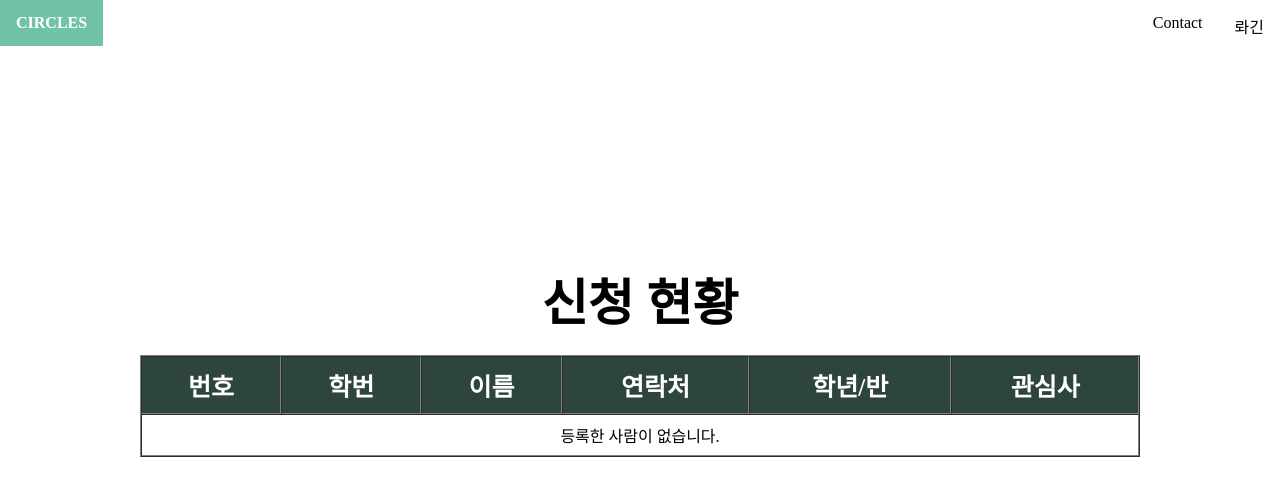
Repository: charmingjae/circles
Page: http://localhost/circles/root/admPg.jsp
The author's editor kept a copy of each file at every save. The page is drawn from the files as they stood at one save, then again after the next save.
The browser window is 1280 px wide. The pictures show the whole page.
The page is served by Tomcat 9. Queries for data that is not in the repository find no rows.

Above is the page before, as saved 2020-07-13 07:57:14.

### circles/WebContent/root/admPg.jsp
<%@ page language="java" contentType="text/html; charset=UTF-8"
    pageEncoding="UTF-8"%>
<%@ page import="connection.dbConnection" %>
<!DOCTYPE html>
<html>
<head>
	<meta charset="UTF-8">
	<title>MOJUK</title>

	<!-- Link admPg.css -->
	<link href="../css/admPg.css" rel="stylesheet" type="text/css">

</head>
<body>
	<!-- include header -->
	<%@include file ="../navbar/navbar.jsp" %>

	<%
		int total = 0;
		dbConnection dbCon = new dbConnection();
		String cnt = "SELECT COUNT(*) FROM newb";
		String sql = "SELECT * FROM newb order by _id desc";
		dbCon.select(cnt);
		while(dbCon.rs.next())
		{
			total = Integer.parseInt(dbCon.rs.getString(1));
		}
		dbCon.select(sql);
	%>
	<!--
	2020. 07. 08.
	writer : minjae

	2020. 07. 09.
	memo : form tag 추가
	writer : minjae
	-->
	<div class="container">
		<span> 신청 현황 </span>
		<div class="main">
			<table border="1">
				<tr>
					<th>번호</th>
					<th>학번</th>
					<th>이름</th>
					<th>연락처</th>
					<th>학년/반</th>
					<th>관심사</th>
				</tr>
				<%
				if(total == 0){
				%>
					<tr>
						<td colspan="6">등록한 사람이 없습니다.</td>
					</tr>
				<%
				}
				else{

					while(dbCon.rs.next()){
					%>
					<tr>
						<td><%=dbCon.rs.getString("_id") %></td>
						<td><%=dbCon.rs.getString("stuNo") %></td>
						<td><%=dbCon.rs.getString("stuName") %></td>
						<td><%=dbCon.rs.getString("stuPhone") %></td>
						<td><%=dbCon.rs.getString("stuGrade") %> - <%=dbCon.rs.getString("stuClass") %></td>
						<td><%=dbCon.rs.getString("stuInterest") %></td>
					</tr>
					<%
					}
				}
				%>
			</table>

		</div>
	</div>
</body>
</html>

### circles/WebContent/navbar/navbar.jsp
<%@ page language="java" contentType="text/html; charset=UTF-8"
    pageEncoding="UTF-8"%>
<!DOCTYPE html>
<html>
<head>
<meta charset="UTF-8">
<title></title>

	<!-- Link navbar.css -->
	<link href="../css/navbar.css" rel="stylesheet" type="text/css">
</head>
	<%
		String getSession = (String)session.getAttribute("userID");
	%>
<body>
	<ul id="main-menu">
		<li class="headName" id="main-menu1"><a href="../root/index.jsp" class="headName">CIRCLES</a></li>
		<%
			if((getSession != null) && (getSession.isEmpty() == false)){
				%>
				<li style="float:right" id="main-menu2"><a class="active" href="admPg.jsp"><%=getSession %>님 환영합니다.</a>
					<ul id="sub-menu">
						<li><a class="subAct" href="../proc/logout.jsp">로그아웃</a></li>
					</ul>
				</li>
				<%
			}
			else{
				%>
				<li style="float:right"><a class="active" href="login.jsp">롸긴</a></li>
				<%
			}
		%>
		<li style="float:right"><a class="active" href="contact.jsp">Contact</a></li>
	</ul>
</body>
</html>

### circles/src/connection/dbConnection.java
package connection;



public class dbConnection {

	public java.sql.Connection conn;
	public java.sql.PreparedStatement pstmt;
	public java.sql.Statement stmt;
	public java.sql.ResultSet rs;

	/* 생성자 */
	public dbConnection(){
		connect();
	}

	public void connect() {
		String dbInfo = "jdbc:mysql://13.209.103.253:3306/entMojuk?characterEncoding=UTF-8&serverTimezone=UTC";
		String dbID = "gomojuk";
		String dbPW = "Jumpman23!";

		try {
			Class.forName("com.mysql.jdbc.Driver");
			this.conn = java.sql.DriverManager.getConnection(dbInfo, dbID, dbPW);
			this.stmt = this.conn.createStatement();
		}
		catch(Exception e)
		{
			System.out.println("Connection error: " + e);
		}
	}

	/* Insert Method */
	public void insert(String dbInsert) {
		try {
			this.stmt.executeUpdate(dbInsert);
		}
		catch(Exception e)
		{
			e.printStackTrace();
		}
	}


	/* Update Method */
	public void update(String dbCommand) {
		try {
			this.stmt.executeUpdate(dbCommand);
			System.out.println("Insert 성공!");
		}
		catch(Exception e)
		{
			System.out.println("Update error: " + e);
		}
	}

	/* Select Method */
	public void select(String dbSelect) {
		try {
			this.rs = this.stmt.executeQuery(dbSelect);
		}
		catch(Exception e)
		{
			System.out.println("Select error: " + e);
		}
	}

	/* close conn */
	public void close() {
		try {
			conn.close();
		}
		catch(Exception e){
			System.out.println("Close error: " + e);
		}
	}

}

### circles/WebContent/css/admPg.css
@charset "UTF-8";


/* Chrome, iex, fire-fox Settings */
input:-ms-input-placeholder {color:#a8a8a8;}
input::-webkit-input-placeholder{color:#a8a8a8;}
input::-moz-placeholder{columns: #a8a8a8;}

/* Head Comment */
/* 나중에 px단위를 가변 단위로 바꿀 수 있으면 좋겠다. :-) */

html,body{
	height: 100%;
}

body{
	display:table-cell;
	margin: 0 auto;
}

/* .container{
	height: 100%;
	display: table-cell;
	vertical-align: middle;
	text-align:center;
} */

.container{
	position:absolute;
	left:50%;
	top:50%;
	transform: translate(-50%, -50%);
	vertical-align: middle;
	text-align:center;
}


/* 모죽! 관련 css */
.container span{
	font-size: 50px;
	font-weight: bold;
}


/* 학번 입력 div Settings */
div .main{
    height:100%;
    width: 1000px;
    border: 0px solid #70c3a7;
    background: #ffffff;
    margin-top: 20px;
}

input{
	font-size: 16px;
	width: 325px;
	padding: 10px;
	border: 0px;
	outline: none;
	float: left;
}

button{
	width: 50px;
	height: 100%;
	border: 0px;
	background: #ffffff;
	outline: none;
	float: right;
	color: black;
}

button:hover{
	color: #ffffff;
	background: #70c3a7;
}

table{
	width:100%;
	height:100%;
	border-spacing:0px 0px;
}

th{
	padding:10px;
	background:#2e453b;
	color: #ffffff;
	font-size:25px;
}

td{
	padding:5px;
	padding-top:8px;
	padding-bottom:8px;
}

### circles/WebContent/css/navbar.css
@charset "UTF-8";

ul{
	width:100%;
	list-style-type: none;
	margin: 0;
	padding: 0;
	background-color: #ffffff;
	position:fixed;
}

li {
	float:none;
}

a {

  display: inline-block;
  color: black;
  text-align: center;
  padding: 14px 16px;
  text-decoration: none;
}

/* Change the link color to #111 (black) on hover */
a:hover {
  background-color: #70c3a7;
  color:#ffffff;
}

li .headName{
	font-weight: bold;
}

#sub-menu{
	position:absolute;
	opacity: 0;
	visibility: hidden;
}

#main-menu1, #main-menu2{
	float:left;
}

#main-menu2:hover #sub-menu{
	opacity:1;
	visibility:visible;
}
.subAct{
	width:130px !important;
}

After the next save:
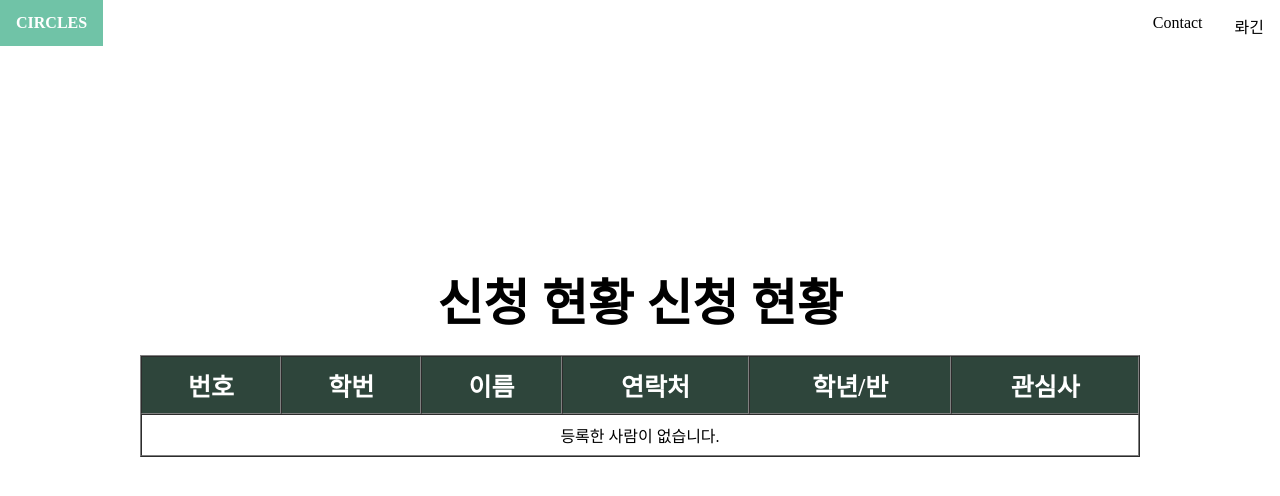
Saved 29 s later.
--- a/circles/WebContent/root/admPg.jsp
+++ b/circles/WebContent/root/admPg.jsp
@@ -36,6 +36,7 @@
 	writer : minjae
 	-->
 	<div class="container">
+		<span> 신청 현황 </span>
 		<span> 신청 현황 </span>
 		<div class="main">
 			<table border="1">
